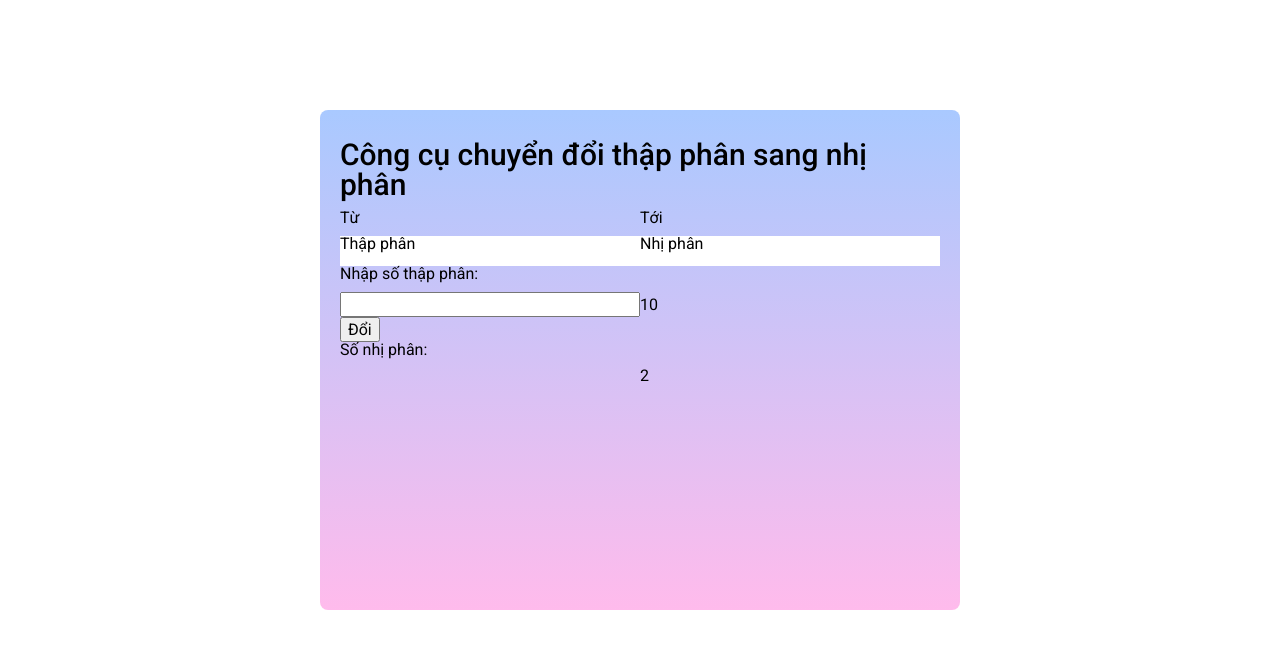
Repository: thuanpham00/covertNumber
Page: index.html
The author's editor kept a copy of each file at every save. The page is drawn from the files as they stood at one save, then again after the next save.
The browser window is 1280 px wide. The pictures show the whole page.
The style sheet was rebuilt from its Sass, Less or Tailwind sources for each picture, by a compiler version that may differ from the author's.

Above is the page before, as saved 2023-11-03 02:09:25.

### index.html
<!DOCTYPE html>
<html lang="en">
    <head>
        <meta charset="UTF-8" />
        <meta name="viewport" content="width=device-width, initial-scale=1.0" />
        <title>Convert Number</title>
        <link rel="stylesheet" href="./assets/css/main.css" />
        <link rel="preconnect" href="https://fonts.googleapis.com" />
        <link rel="preconnect" href="https://fonts.gstatic.com" crossorigin />
        <link
            href="https://fonts.googleapis.com/css2?family=Roboto:wght@400;500;700;900&display=swap"
            rel="stylesheet"
        />
    </head>
    <body>
        <div class="container">
            <h1 class="title">Công cụ chuyển đổi thập phân sang nhị phân</h1>
            <div class="row">
                <span class="row__desc">Từ</span>
                <span class="row__desc">Tới</span>
            </div>
            <div class="row">
                <div class="row__type">
                    <div class="row__item">Thập phân</div>
                </div>
                <div class="row__type">
                    <div class="row__item">Nhị phân</div>
                </div>
            </div>
            <div class="container__wrapper">
                <div class="desc">Nhập số thập phân:</div>
                <form class="form">
                    <div class="row">
                        <input
                            type="text"
                            class="form__input"
                            name="numberInput"
                            required
                        />
                        <span>10</span>
                    </div>
                    <input type="submit" class="form__submit" value="Đổi" />
                </form>

                <div class="desc">Số nhị phân:</div>
                <div class="row">
                    <div class="result"></div>
                    <span>2</span>
                </div>
            </div>
        </div>
    </body>
</html>

### scss/main.scss
html,
body,
div,
span,
applet,
object,
iframe,
h1,
h2,
h3,
h4,
h5,
h6,
p,
blockquote,
pre,
a,
abbr,
acronym,
address,
big,
cite,
code,
del,
dfn,
em,
img,
ins,
kbd,
q,
s,
samp,
small,
strike,
strong,
sub,
sup,
tt,
var,
b,
u,
i,
center,
dl,
dt,
dd,
ol,
ul,
li,
fieldset,
form,
label,
legend,
table,
caption,
tbody,
tfoot,
thead,
tr,
th,
td,
article,
aside,
canvas,
details,
embed,
figure,
figcaption,
footer,
header,
hgroup,
menu,
nav,
output,
ruby,
section,
summary,
time,
mark,
audio,
video {
    margin: 0;
    padding: 0;
    border: 0;
    font-size: 100%;
    font: inherit;
    vertical-align: baseline;
}
/* HTML5 display-role reset for older browsers */
article,
aside,
details,
figcaption,
figure,
footer,
header,
hgroup,
menu,
nav,
section {
    display: block;
}
body {
    line-height: 1;
}
ol,
ul {
    list-style: none;
}
blockquote,
q {
    quotes: none;
}
blockquote:before,
blockquote:after,
q:before,
q:after {
    content: "";
    content: none;
}
table {
    border-collapse: collapse;
    border-spacing: 0;
}

*,
::after,
::before {
    box-sizing: border-box;
}

html {
    font-size: 62.5%;
}

body {
    background: #fff;
    font-size: 1.6rem;
    font-family: "Roboto", sans-serif;
}

input,
select,
textarea,
button {
    font-size: inherit;
    font-family: inherit;
}

.container {
    background-color: #a9c9ff;
    background-image: linear-gradient(180deg, #a9c9ff 0%, #ffbbec 100%);

    border-radius: 8px;
    padding: 10px 20px;
    height: 500px;
    position: absolute;
    top: 50%;
    left: 50%;
    transform: translate(-50%, -50%);

    .title {
        margin-top: 20px;
        font-size: 3rem;
        font-weight: 500;
    }

    .row {
        margin-top: 10px;
        display: grid;
        align-items: center;
        grid-template-columns: 1fr 1fr;

        .row__type {
            height: 30px;
            width: 100%;
            background: #fff;
        }
    }
}

After the next save:
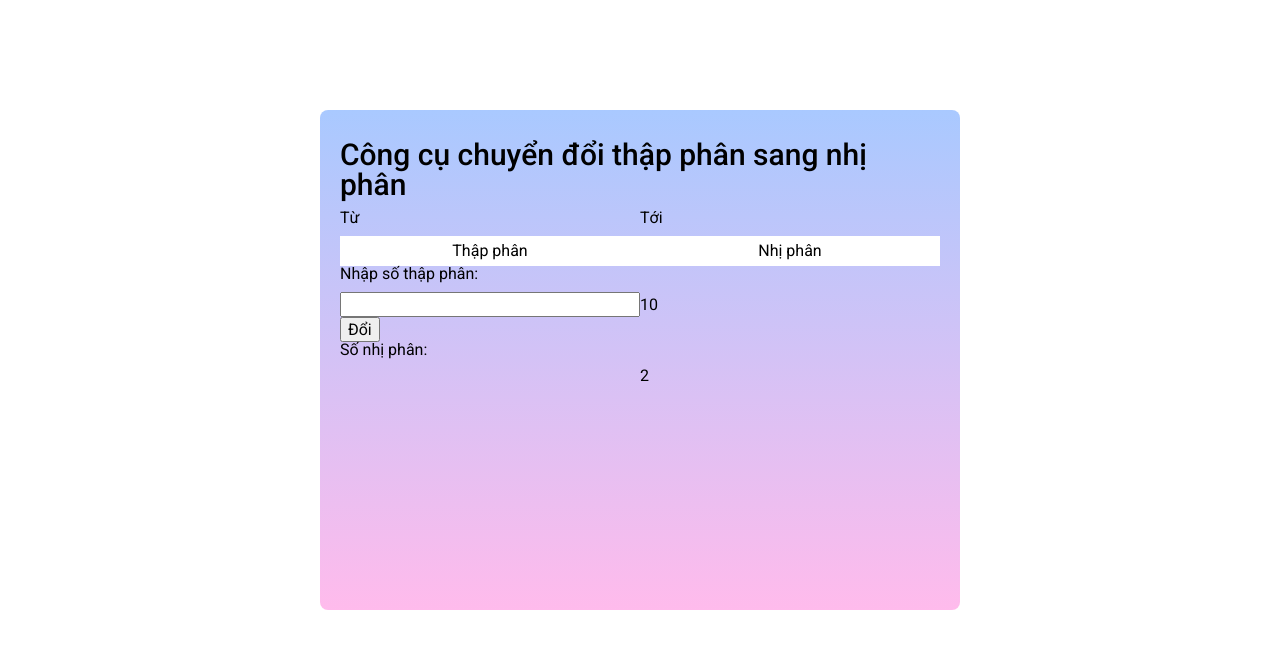
Saved 6 s later.
--- a/scss/main.scss
+++ b/scss/main.scss
@@ -172,6 +172,9 @@ button {
         grid-template-columns: 1fr 1fr;
 
         .row__type {
+            display: flex;
+            align-items: center;
+            justify-content: center;
             height: 30px;
             width: 100%;
             background: #fff;
